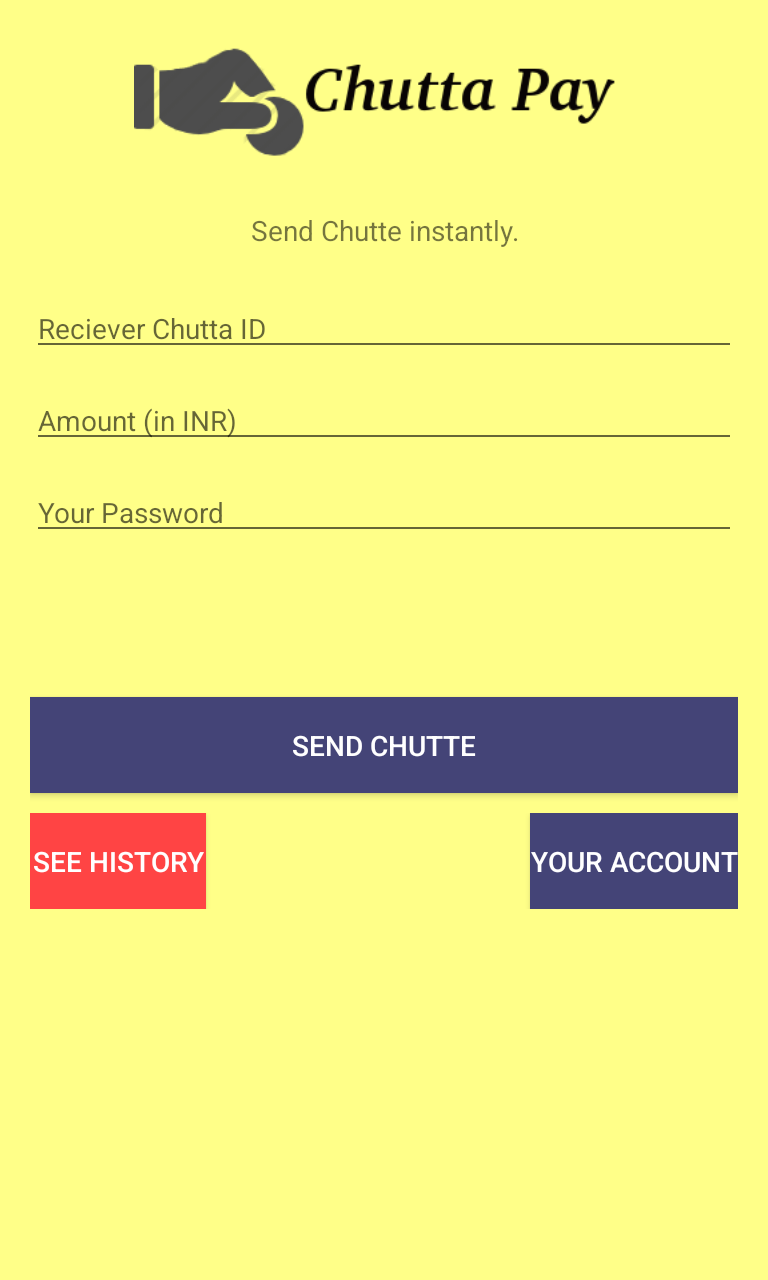
Repository: pankajksharma/chutta-pay
Layout: ChuttaPay/res/layout/payment.xml
An editor plug-in stored every save of this project. The layout is shown before and after the next save, followed by the edit.
It is drawn on a 768 x 1280 px phone screen (xhdpi) without system bars, with theme AppTheme; the app's code is not run. The app's manifest (not shown) leaves right-to-left support off. So textAlignment, textDirection and layoutDirection are ignored, and left and right values win over start and end ones.

Above is the layout before, as saved 2014-04-26 16:02:34.

After the next save:
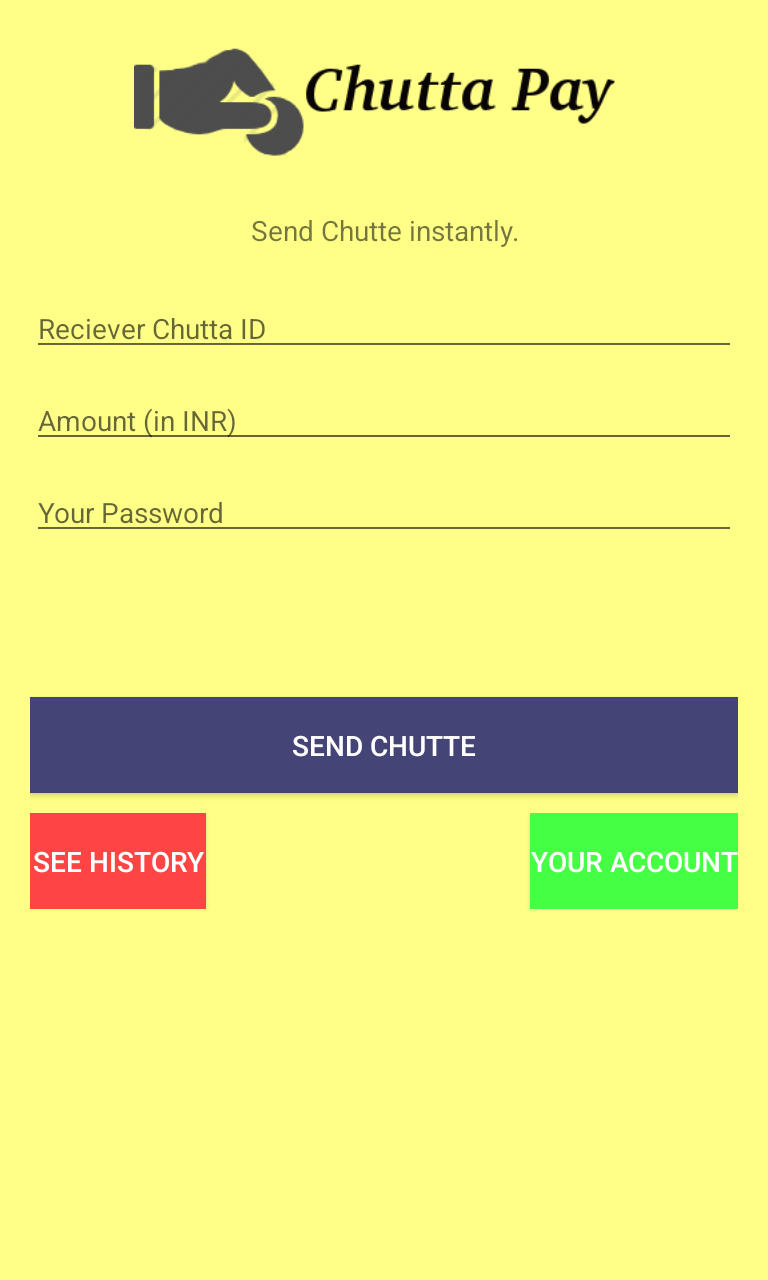
Saved 21 s later.
--- a/ChuttaPay/res/layout/payment.xml
+++ b/ChuttaPay/res/layout/payment.xml
@@ -96,7 +96,7 @@
 	        android:layout_width="wrap_content"
 	        android:layout_height="wrap_content"
 	        android:layout_alignParentRight="true"
-	        android:background="#444477"
+	        android:background="#44ff44"
 	        android:text="Your Account"
 	        android:textColor="#ffffff" />
 
